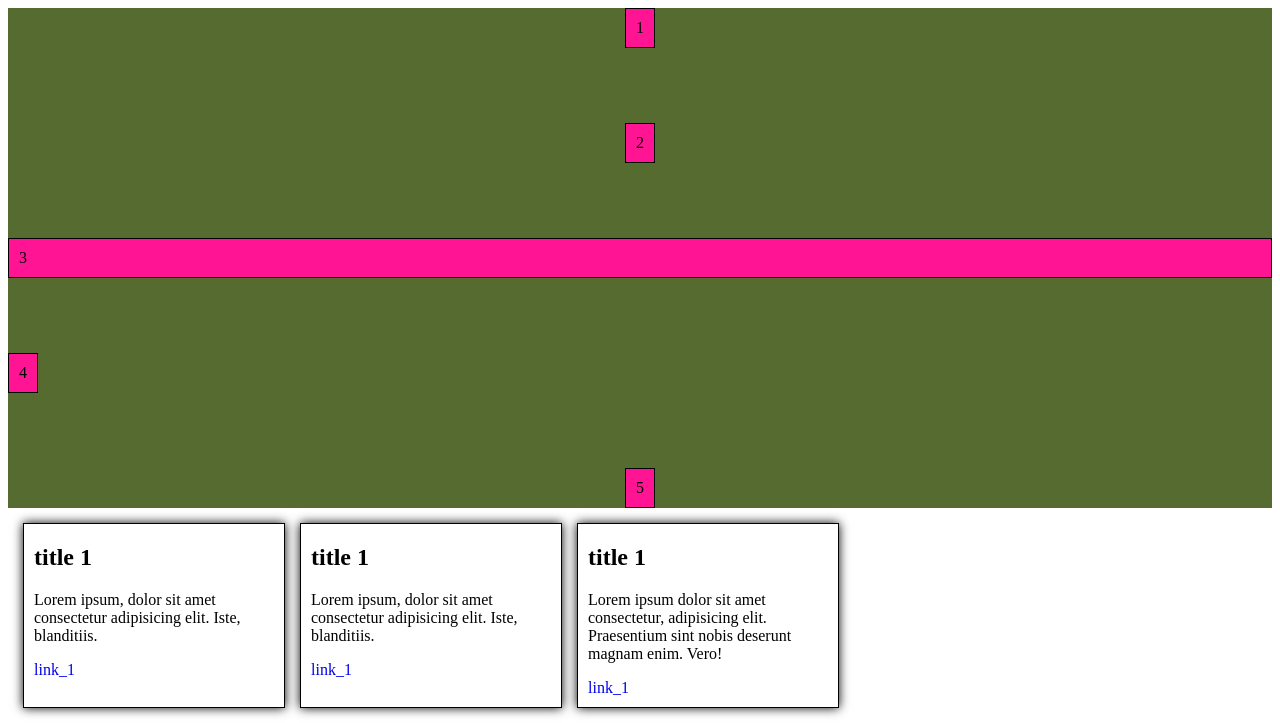
Repository: RustamNazarov98/demo
Page: index.html
These files come from the project's save history. The page is drawn as it stood at one moment and after the next save; the edit follows.
The browser window is 1280 px wide. The pictures show the whole page.

Above is the page before, as saved 2022-04-06 18:39:53.

### index.html
<!DOCTYPE html>
<html lang="en">
<head>
    <meta charset="UTF-8">
    <meta http-equiv="X-UA-Compatible" content="IE=edge">
    <meta name="viewport" content="width=device-width, initial-scale=1.0">
    <link rel="stylesheet" href="./style.css">
    <title>Document</title>
</head>
<body>
    <!-- flexbox -->
    <div class="flexbox">
        <div>1</div>
        <div>2</div>
        <div>3</div>
        <div>4</div>
        <div>5</div>
    </div>


    <!-- cards -->
    <div class="cards">
        <div class="card">
            <h2>title 1</h2>
            <p>Lorem ipsum, dolor sit amet consectetur adipisicing elit. Iste, blanditiis.</p>
            <a href="#">link_1</a>
        </div>
        <div class="card">
            <h2>title 1</h2>
            <p>Lorem ipsum, dolor sit amet consectetur adipisicing elit. Iste, blanditiis.</p>
            <a href="#">link_1</a>
        </div>
        <div class="card">
            <h2>title 1</h2>
            <p>Lorem ipsum dolor sit amet consectetur, adipisicing elit. Praesentium sint nobis deserunt magnam enim. Vero!</p>
            <a href="#">link_1</a>
        </div>
    </div>
</body>
</html>

### style.css
/* flexbox */

.flexbox{
    display: flex;
    flex-direction: column;
    justify-content: space-between;
    align-items:center;
    background-color: darkolivegreen;
    height: 500px;
}
.flexbox > div {
    border: 1px solid black;
    padding: 10px;
    background-color: deeppink;
}
.flexbox > div:nth-child(3) {
    align-self: stretch;
}

.flexbox > div:nth-child(4) {
    align-self: flex-start;
}


/* cards */

.cards {
    display: flex;
    margin: 15px;
}
.card {
    width: 250px;
    border: 1px solid black;
    box-shadow: 0 0 10px 0 black;
    padding: 0 0 10px 10px;
    margin-right: 15px;

}
.card > p {
    flex-grow: 1;
}
.card > a {
    text-decoration: none;
}

After the next save:
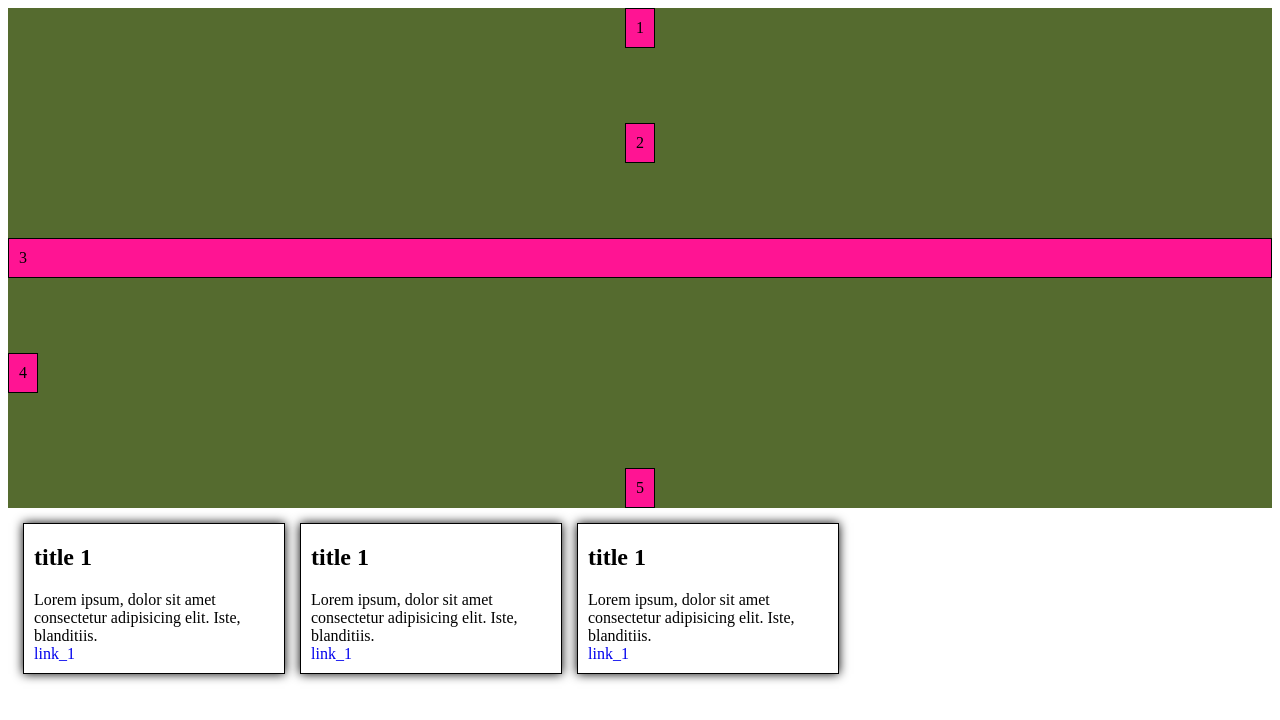
Saved 53 s later.
--- a/index.html
+++ b/index.html
@@ -22,17 +22,17 @@
     <div class="cards">
         <div class="card">
             <h2>title 1</h2>
-            <p>Lorem ipsum, dolor sit amet consectetur adipisicing elit. Iste, blanditiis.</p>
+            <div>Lorem ipsum, dolor sit amet consectetur adipisicing elit. Iste, blanditiis.</div>
             <a href="#">link_1</a>
         </div>
         <div class="card">
             <h2>title 1</h2>
-            <p>Lorem ipsum, dolor sit amet consectetur adipisicing elit. Iste, blanditiis.</p>
+            <div>Lorem ipsum, dolor sit amet consectetur adipisicing elit. Iste, blanditiis.</div>
             <a href="#">link_1</a>
         </div>
         <div class="card">
             <h2>title 1</h2>
-            <p>Lorem ipsum dolor sit amet consectetur, adipisicing elit. Praesentium sint nobis deserunt magnam enim. Vero!</p>
+            <div>Lorem ipsum, dolor sit amet consectetur adipisicing elit. Iste, blanditiis.</div>
             <a href="#">link_1</a>
         </div>
     </div>
